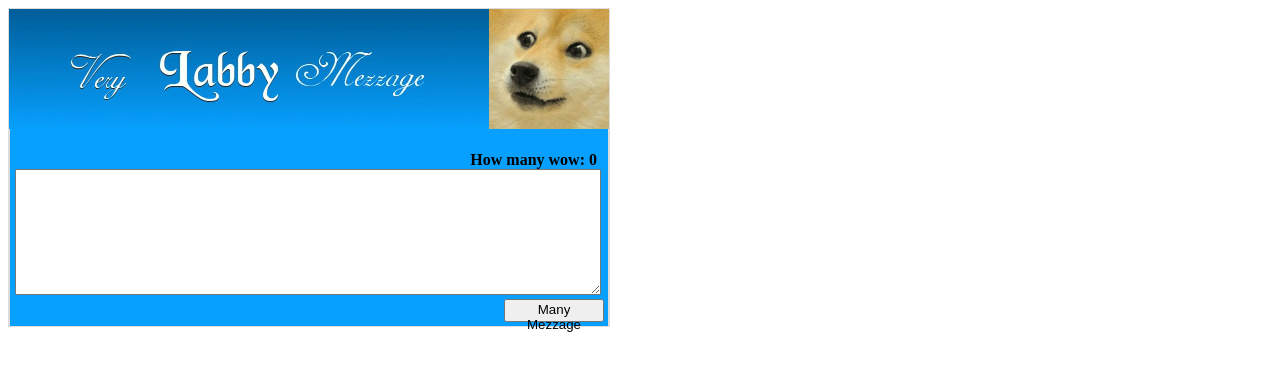
Repository: cg222im/1dv403-laborationer
Page: 2-labbymezzage/index.html
The author's editor kept a record of every edit. The page is drawn from the files as they stood at one moment, then again after the next edit.
The browser window is 1280 px wide. The pictures show the whole page.

Above is the page before.

After the next edit:
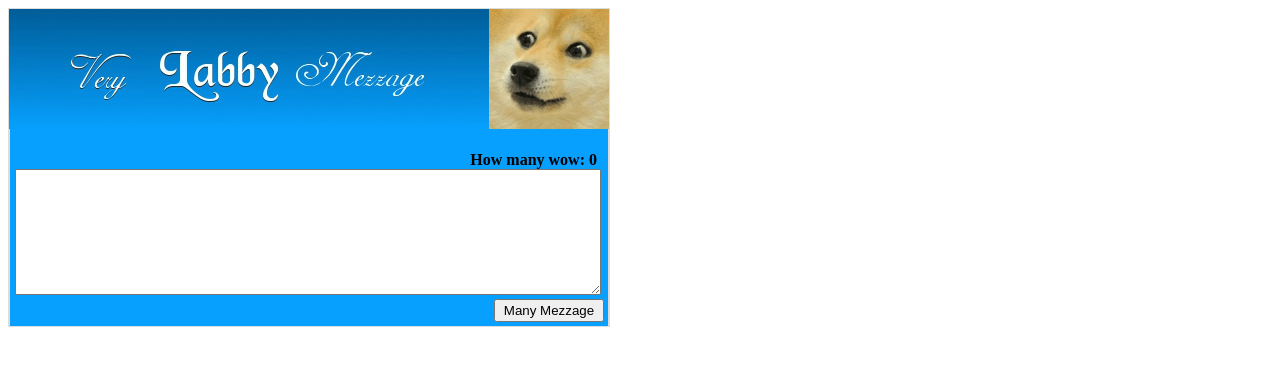
The edit:
--- a/2-labbymezzage/style.css
+++ b/2-labbymezzage/style.css
@@ -53,7 +53,7 @@
 {
     float: right;
     margin-right: -7px;
-    width: 100px;
+    width: 110px;
     height: 23px;
 }
 
